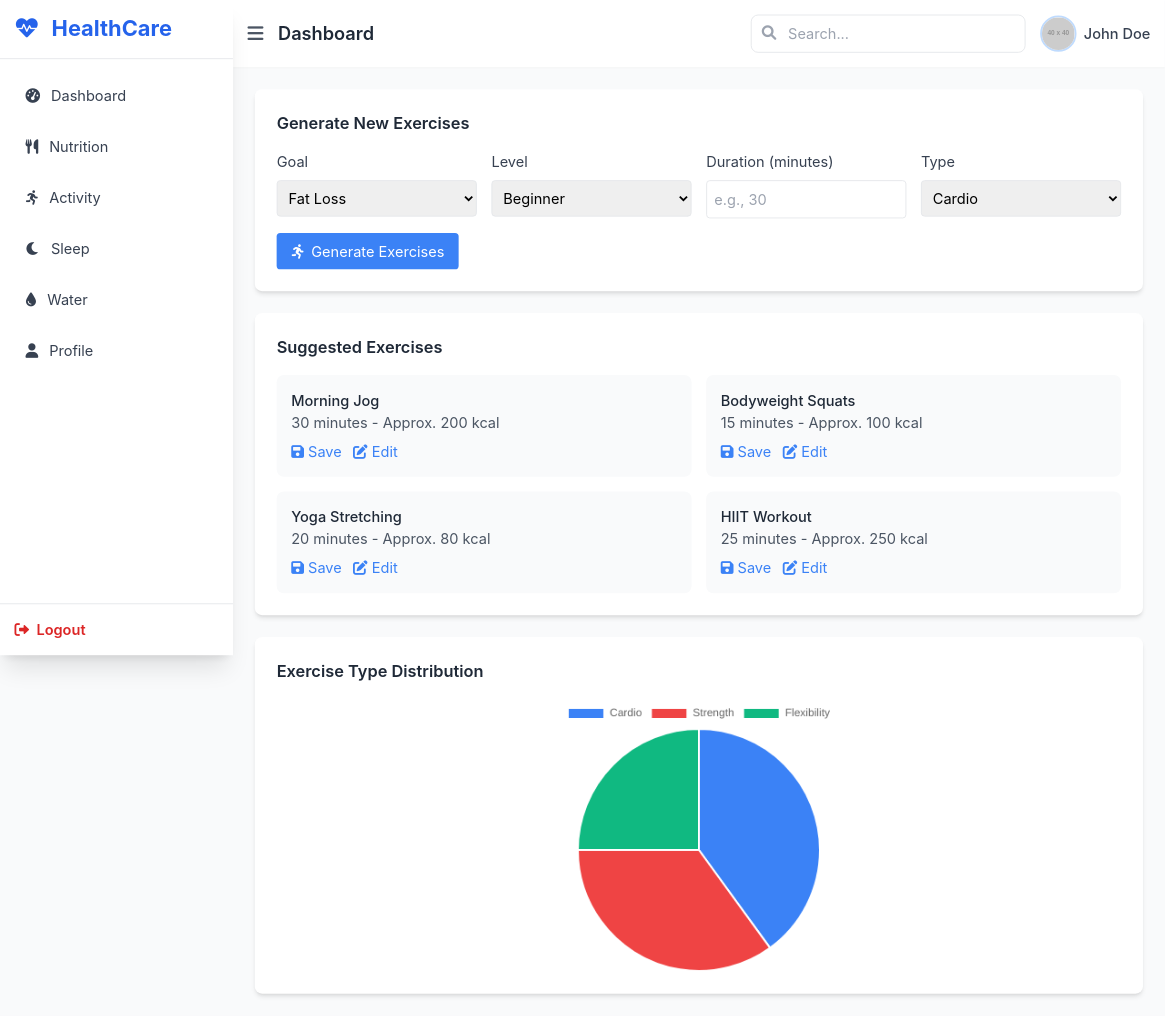
Repository: Khank2104/Khank
Page: http://localhost/generate_exercises/
The author's editor kept a copy of each file at every save. The page is drawn from the files as they stood at one save, then again after the next save.
The browser window is 1280 px wide. The pictures show the whole page, at 91% of full size.
Some web libraries are served in a nearby version. The page is served by the project's application, run on Django 5.2 (manage.py).

Above is the page before, as saved 2025-05-17 18:37:43.

After the next save:
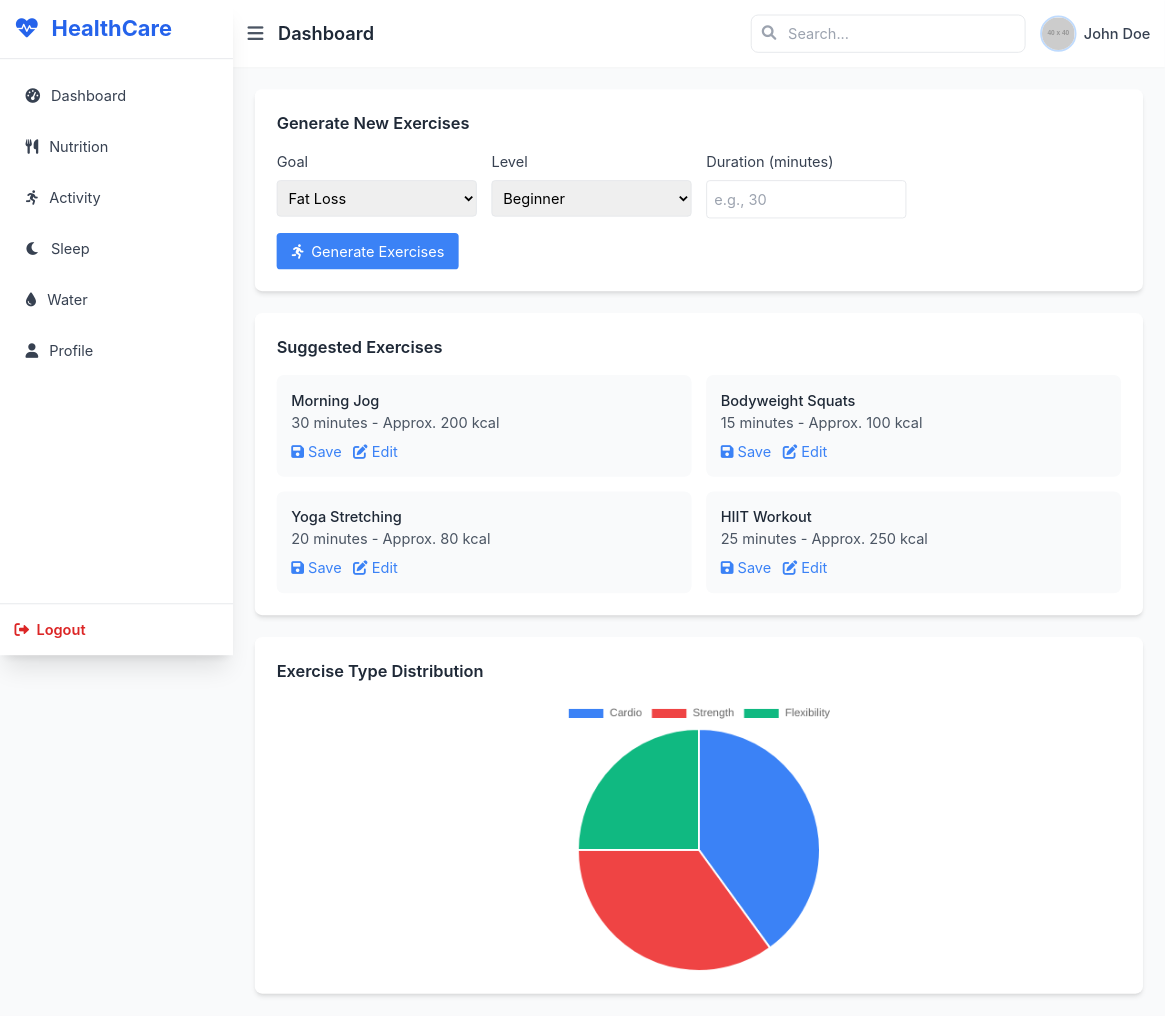
Saved 9 h 5 min later.
--- a/main/templates/main/generate_exercises.html
+++ b/main/templates/main/generate_exercises.html
@@ -28,15 +28,7 @@
             <label class="block text-gray-700 mb-2">Duration (minutes)</label>
             <input type="number" class="w-full p-2 border rounded focus:outline-none focus:ring-2 focus:ring-blue-500" placeholder="e.g., 30">
         </div>
-        <div>
-            <label class="block text-gray-700 mb-2">Type</label>
-            <select class="w-full p-2 border rounded focus:outline-none focus:ring-2 focus:ring-blue-500">
-                <option>Cardio</option>
-                <option>Strength</option>
-                <option>Flexibility</option>
-                <option>Mixed</option>
-            </select>
-        </div>
+
     </form>
     <button class="mt-4 bg-blue-500 text-white px-4 py-2 rounded hover:bg-blue-600">
         <i class="fas fa-running mr-2"></i>Generate Exercises
